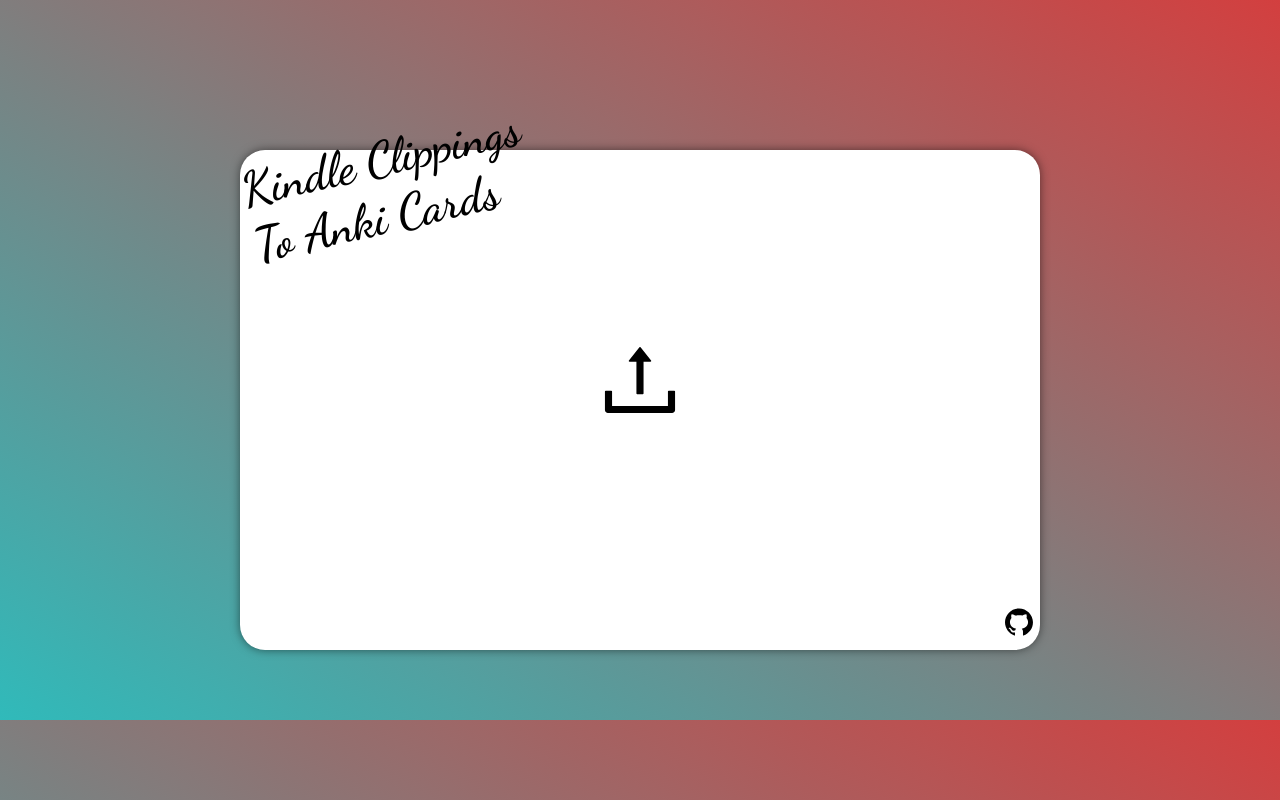
Repository: Lewisjohnward/kindle-clippings-to-cards
Page: /
The author's editor kept a copy of each file at every save. The page is drawn from the files as they stood at one save, then again after a run of saves.
The browser window is 1280 px wide. The pictures show the whole page.
Backgrounds fixed to the window are drawn as part of the page. The project was rebuilt for these pictures with package versions that can differ from the ones it lists, and the page was loaded fresh each time.

Above is the page before, as saved 2021-10-29 13:06:57.

### public/index.html
<!DOCTYPE html>
<html lang="en">
  <head>
    <meta charset="utf-8" />
    <link rel="icon" href="%PUBLIC_URL%/favicon.ico" />
    <meta name="viewport" content="width=device-width, initial-scale=1" />
    <meta name="theme-color" content="#000000" />
    <meta
      name="description"
      content="Web site created using create-react-app"
    />
    <link rel="apple-touch-icon" href="%PUBLIC_URL%/logo192.png" />
    <!--
      manifest.json provides metadata used when your web app is installed on a
      user's mobile device or desktop. See https://developers.google.com/web/fundamentals/web-app-manifest/
    -->
    <link rel="manifest" href="%PUBLIC_URL%/manifest.json" />
    <link rel="preconnect" href="https://fonts.googleapis.com">
<link rel="preconnect" href="https://fonts.gstatic.com" crossorigin>
<link href="https://fonts.googleapis.com/css2?family=Dancing+Script:wght@600&display=swap" rel="stylesheet">
    <!--
      Notice the use of %PUBLIC_URL% in the tags above.
      It will be replaced with the URL of the `public` folder during the build.
      Only files inside the `public` folder can be referenced from the HTML.

      Unlike "/favicon.ico" or "favicon.ico", "%PUBLIC_URL%/favicon.ico" will
      work correctly both with client-side routing and a non-root public URL.
      Learn how to configure a non-root public URL by running `npm run build`.
    -->
    <title>React App</title>
  </head>
  <body>
    <noscript>You need to enable JavaScript to run this app.</noscript>
    <div id="root"></div>
    <!--
      This HTML file is a template.
      If you open it directly in the browser, you will see an empty page.

      You can add webfonts, meta tags, or analytics to this file.
      The build step will place the bundled scripts into the <body> tag.

      To begin the development, run `npm start` or `yarn start`.
      To create a production bundle, use `npm run build` or `yarn build`.
    -->
  </body>
</html>

### src/index.js
import React from "react"
import ReactDOM from "react-dom"
import App from "./App"
ReactDOM.render(<App />, document.getElementById('root'))

### src/App.js
import { useRef } from "react";
import styled, { createGlobalStyle } from "styled-components";
import { AiOutlineUpload, AiFillGithub } from "react-icons/ai";

const GlobalStyle = createGlobalStyle`
    body{
        height: 100%;
        margin: 0;
        padding: 0;
        background-repeat: no-repeat;
        background-attachment: fixed;
        background-image: linear-gradient(
            30deg,
            rgb(48, 186, 186),
            rgb(211, 63, 63)
        );


    }
`;

const Frame = styled.div`
  display: flex;
  align-items: center;
  justify-content: center;
  height: 800px;
`;

const MainContainer = styled.div`
 box-sizing: border-box;
  position: relative;
  width: 800px;
  height: 500px;
  padding: 5px;
  border-radius: 25px;
  background: white;
  box-shadow: 0px 0px 10px 0px rgba(0, 0, 0, 0.5);
`;
const TitleContainer = styled.div`
  position: absolute;
  top: -4%;
  transform: rotate(-13deg);
  font-family: "Dancing Script", cursive;
  font-size: 3rem;
`;
const Title = styled.p`
  margin: 0;
  padding: 0;
`;

const CenterContainer = styled.div`
  display: flex;
  justify-content: center;
  align-items: center;
  height: 92%;
`;

const UploadIcon = styled(AiOutlineUpload)`
  font-size: 6em;
  color: black;
  cursor: pointer;

  &:hover {
    transform: scale(1.05);
    text-shadow: 0px 0px 10px rgba(0, 0, 0, 0.2);
  }
`;

const ExternalLinkContainer = styled.div`
  text-align: right;
`

const GithubIcon = styled(AiFillGithub)`
  font-size: 2em;
  color: black;
  cursor: pointer;

  &:hover {
    transform: scale(1.05);
    text-shadow: 0px 0px 10px rgba(0, 0, 0, 0.2);
  }
`;

const Input = styled.input.attrs({
  type: "file",
})`
  display: none;
`;

const App = () => {
  const inputFile = useRef(null);

  const onButtonClick = () => {
    // `current` points to the mounted file input element
    inputFile.current.click();
  };

  return (
    <>
      <GlobalStyle />
      <Frame>
        <MainContainer>
          <TitleContainer>
            <Title>Kindle Clippings</Title>
            <Title>To Anki Cards</Title>
          </TitleContainer>
          <CenterContainer>
            <UploadIcon onClick={onButtonClick} />
            <Input ref={inputFile} />
          </CenterContainer>
          <ExternalLinkContainer>
            <GithubIcon />
          </ExternalLinkContainer>
        </MainContainer>
      </Frame>
    </>
  );
};

export default App;

After the next 2 saves:
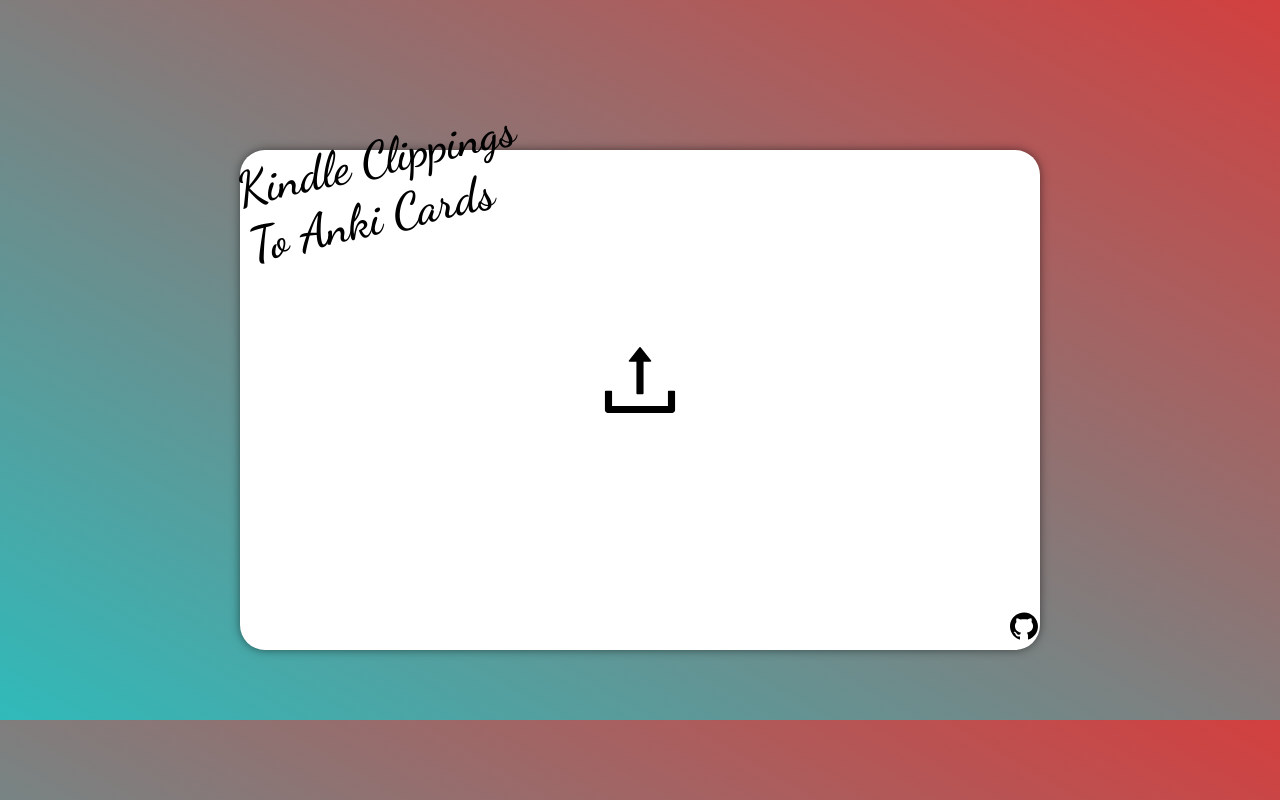
The 2 saves are shown as one change because they came seconds apart.
The last was saved 15 s later.
--- a/src/App.js
+++ b/src/App.js
@@ -27,11 +27,10 @@
 `;
 
 const MainContainer = styled.div`
- box-sizing: border-box;
   position: relative;
   width: 800px;
   height: 500px;
-  padding: 5px;
+
   border-radius: 25px;
   background: white;
   box-shadow: 0px 0px 10px 0px rgba(0, 0, 0, 0.5);
@@ -68,7 +67,7 @@
 
 const ExternalLinkContainer = styled.div`
   text-align: right;
-`
+`;
 
 const GithubIcon = styled(AiFillGithub)`
   font-size: 2em;
